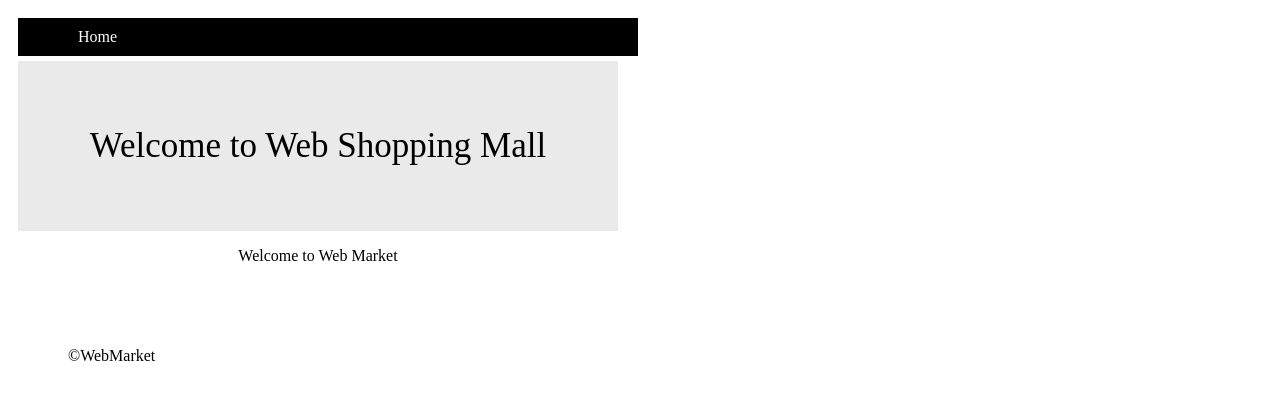
Repository: JuHyeon-S/21-1-Web-Back-end_Programming
Page: http://localhost/week07_20185135/work05_20185135.jsp
These files come from the project's save history. The page is drawn as it stood at one moment and after the next save; the edit follows.
The browser window is 1280 px wide. The pictures show the whole page.
The page is served by Tomcat 9.

Above is the page before, as saved 2021-04-15 03:23:38.

### week07/week07_20185135/src/main/webapp/work05_20185135.jsp
<%@ page language="java" contentType="text/html; charset=EUC-KR"
    pageEncoding="EUC-KR"%>
<!DOCTYPE html>
<html>
<head>
<meta charset="EUC-KR">
<title>Insert title here</title>
<link rel="stylesheet" href="work05_20185135_css.css">
</head>
<body>
	<nav class="title">
		<a class="title_a" href="./환영.jsp">Home</a>
	</nav>
	<section>
		<div class="div1">
			<p class="p1">Welcome to Web Shopping Mall
		</div>
		<div class="div2">
			<p class="p2">Welcome to Web Market</p>
		</div>
	</section>
	<footer>
		<p>&copy;WebMarket</p>
	</footer>
</body>
</html>

### week07/week07_20185135/src/main/webapp/work05_20185135_css.css
@charset "EUC-KR";

body {
	width: 600px;
	padding: 10px;
}

.title{
	width: 100%;
	heigth: 30px;
	background-color: black;
	padding: 10px;
	margin-bottom: 5px;
}

.title_a{
	margin-left: 50px;
	background-color: black;
	color: white;
	text-decoration: none;
}

.div1{
	width: 600px;
	padding-top: 30px;
	padding-bottom: 30px;
	background-color: rgb(234,234, 234);
	font-size: 35px;
	text-align: center;
}

.div2{
	text-align: center;
}

footer{
	padding: 50px;
}

After the next save:
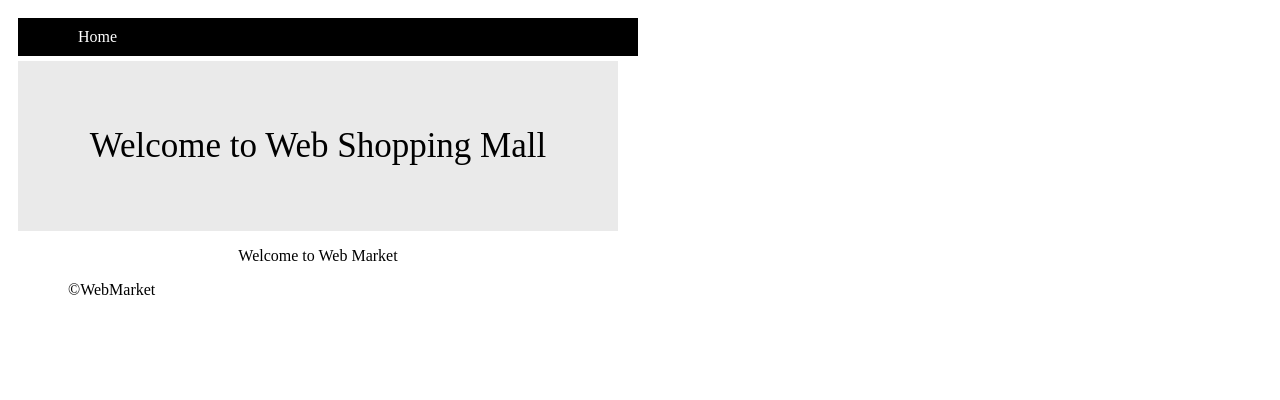
Saved 14 s later.
--- a/week07/week07_20185135/src/main/webapp/work05_20185135_css.css
+++ b/week07/week07_20185135/src/main/webapp/work05_20185135_css.css
@@ -34,5 +34,5 @@ body {
 }
 
 footer{
-	padding: 50px;
+	padding-left: 50px;
 }
